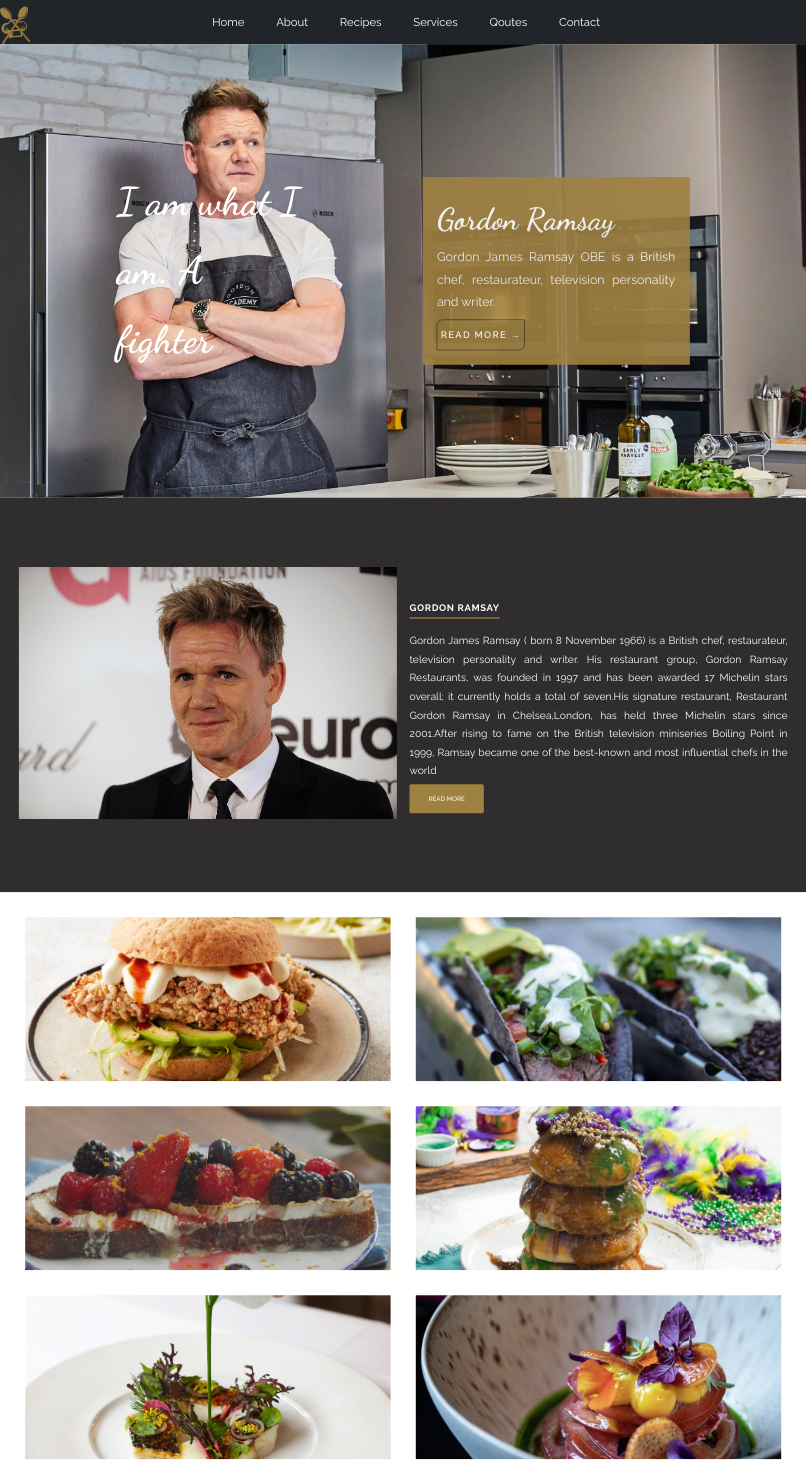
Repository: Esraa22M/Gordon-Ramsay-Biography
Page: index.html
These files come from the project's save history. The page is drawn as it stood at one moment and after the next save; the edit follows.
The browser window is 1280 px wide. The pictures show the whole page, at 63% of full size.
Backgrounds fixed to the window are drawn as part of the page. Some web libraries are served in a nearby version.

Above is the page before, as saved 2022-12-19 12:08:00.

### index.html
<!DOCTYPE html>
<html lang="en">

<head>
    <meta charset="UTF-8">
    <meta http-equiv="X-UA-Compatible" content="IE=edge">
    <meta name="viewport" content="width=device-width, initial-scale=1.0">
    <title>Gordon-Ramsay-Biography
    </title>
    <!-- google fonts -->
    <link rel="preconnect" href="https://fonts.googleapis.com">
    <link rel="preconnect" href="https://fonts.gstatic.com" crossorigin>
    <link
        href="https://fonts.googleapis.com/css2?family=Dancing+Script:wght@400;500;600;700&family=Raleway:ital,wght@0,100;0,200;0,300;0,400;0,500;0,600;0,700;0,800;0,900;1,100;1,200;1,300;1,400;1,500;1,600;1,700;1,800;1,900&display=swap"
        rel="stylesheet">
    <link href="https://fonts.googleapis.com/css2?family=Dancing+Script:wght@400;500;600;700&display=swap"
        rel="stylesheet">

    <!-- external style -->
    <link rel="stylesheet" href="style.css" />
    <!-- fontawsome -->
    <script src="https://kit.fontawesome.com/8684e53235.js" crossorigin="anonymous"></script>
    <!-- scripts -->
    <script src="main.js" defer></script>
</head>

<body>
    <!-- Asidebar Nav-->
    <!-- <aside id="aside-nav">
        <div class="aside--nav__content">
            <img src="./img/chef-logo.svg" alt="side Navbar logo" class="aside--nav__content__logo" loading="lazy">

            <nav class="aside-nav__content__nav" role="side nav">
                <ul class="aside--nav__content__nav--social">
                    <li><a href="#"><i class="fab fa-facebook-f"></i></a></li>
                    <li><a href="#"><i class="fab fa-twitter"></i></a></li>
                    <li><a href="#"><i class="fab fa-linkedin-in"></i></a></li>
                    <li><a href="#"><i class="fab fa-instagram"></i></a></li>
                    <li><a href="#"><i class="fab fa-dribbble"></i></a></li>
                    <li><a href="#"><i class="fa-brands fa-pinterest"></i></a></li>
                </ul>
            </nav>
        </div>
    </aside> -->
    <!-- Main Content -->
    <main>
        <header id="header">
            <div class="primary-nav-container">
                <img src="./img/chef-logo.svg" alt="side Navbar logo" class="aside--nav__content__logo" loading="lazy">

                <!-- hamburger icon -->
                <div class="header__primary-nav--hamburger">
                    <div class="line line-1"></div>
                    <div class="line line-2"></div>
                    <div class="line line-3"></div>
                </div>
                <!-- Primary Nav -->
                <nav id="header__primary-nav">

                    <ul class="header__primary-nav-links">
                        <li class="header__primary-nav-links--link-item"><a href="#"
                                class="header__primary-nav--nav-link">Home</a></li>
                        <li class="header__primary-nav-links--link-item"><a href="#"
                                class="header__primary-nav--nav-link">About</a></li>
                        <li class="header__primary-nav-links--link-item"><a href="#"
                                class="header__primary-nav--nav-link">Recipes</a></li>
                        <li class="header__primary-nav-links--link-item"><a href="#"
                                class="header__primary-nav--nav-link">Services</a></li>
                        <li class="header__primary-nav-links--link-item"><a href="#"
                                class="header__primary-nav--nav-link">Qoutes</a></li>
                        <li class="header__primary-nav-links--link-item"><a href="#"
                                class="header__primary-nav--nav-link">Contact</a></li>
                    </ul>
                </nav>
            </div>
        </header>
        <!-- hero section -->
        <section id="show-case">
            <h1 class="show-case__word">I am what I am. A fighter</h1>
            <div class="show-case__content">
                <h1 class="show-case__content-title"> Gordon Ramsay
                </h1>
                <p class="show-case__content--bio">Gordon James Ramsay OBE is a British chef,
                    restaurateur, television personality and
                    writer.
                </p>
                <a href="#" class="show-case__content--link">Read More &#8594
                </a>
            </div>
        </section>
        <!-- About me section -->
        <section id="about-chef">
            <div class="about-chef__img">
                <img src="./img/Dishes/aboutMe.jpg" alt="Gorden Ramzy" />
            </div>
            <div class="about-chef__content">
                <h2 class="about-chef__content--header"> Gordon Ramsay</h2>
                <p class="about-chef__content--description">Gordon James Ramsay ( born 8 November 1966) is a British
                    chef, restaurateur, television personality and writer. His restaurant group, Gordon Ramsay Restaurants, was founded in 1997 and has been awarded 17
                    Michelin stars overall; it currently holds a total of seven.His signature restaurant, Restaurant Gordon Ramsay in
                    Chelsea,London, has held three Michelin stars since 2001.After rising to fame on the British television
                    miniseries Boiling Point in 1999, Ramsay became one of the best-known and most influential chefs in the world</p>

                <a href="#" class="about-chef__content--link">Read More</a>
            </div>
        </section>
        <!-- work section -->
        <section id="work">
            <div class="work__card">
                <img src="./img/Dishes/California-fried-chicken-sandwich.png" alt="recipe" class="recipe__image"loading="lazy" />
                <section id="recipe">
                    <h2 class="recipe__name">CALIFORNIA ‘FRIED’ CHICKEN SANDWICH
                    </h2>
                    <p class="recipe__description">
                        Recipes extracted from Gordon Ramsay’s Ultimate Fit Food by Gordon Ramsay, published by Hodder &
                        Stoughton,
                    </p>
                </section>
            </div>
            <div class="work__card">
                <img src="./img/Dishes/CroppedFocusedImage.jpg" alt="recipe" class="recipe__image" loading="lazy" />
                <section id="recipe">
                    <h2 class="recipe__name">TEXAS HANGER STEAK TACOS WITH PICO DE GALLO FROM RAMSAY AROUND THE WORLD

                    </h2>
                    <p class="recipe__description">
                        Recipes extracted from Gordon Ramsay’s Ultimate Fit Food by Gordon Ramsay, published by Hodder &
                        Stoughton,
                    </p>
                </section>
            </div>
            <div class="work__card">
                <img src="./img/Dishes/FruitsCake.png" alt="recipe" class="recipe__image"loading="lazy" />
                <section id="recipe">
                    <h2 class="recipe__name">MELTED BRIE TOAST WITH MACERATED BERRIES


                    </h2>
                    <p class="recipe__description">
                        Recipes extracted from Gordon Ramsay’s Ultimate Fit Food by Gordon Ramsay, published by Hodder &
                        Stoughton,
                    </p>
                </section>
            </div>
            <div class="work__card">
                <img src="./img/Dishes/KingCake.jpg" alt="recipe" class="recipe__image"loading="lazy" />
                <section id="recipe">
                    <h2 class="recipe__name">MINI KING CAKE STACK WITH MAPLE PECAN GLAZE
                    </h2>
                    <p class="recipe__description">
                        Recipes extracted from Gordon Ramsay’s Ultimate Fit Food by Gordon Ramsay, published by Hodder &
                        Stoughton,
                    </p>
                </section>
            </div>
            <div class="work__card">
                <img src="./img/Dishes/Lean-MACHINE-chicken-skewers.jpg" alt="recipe" class="recipe__image"loading="lazy" />
                <section id="recipe">
                    <h2 class="recipe__name">PIMENTO DIP
                    </h2>
                    <p class="recipe__description">
                        Recipes extracted from Gordon Ramsay’s Ultimate Fit Food by Gordon Ramsay, published by Hodder &
                        Stoughton,
                    </p>
                </section>
            </div>
            <div class="work__card">
                <img src="./img/Dishes/Mushroomtoast.jpg" alt="recipe" class="recipe__image"loading="lazy" />
                <section id="recipe">
                    <h2 class="recipe__name">PUERTO RICAN STYLE STEAK SANDWICH FROM RAMSAY AROUND THE WORLD
                    </h2>
                    <p class="recipe__description">
                        Recipes extracted from Gordon Ramsay’s Ultimate Fit Food by Gordon Ramsay, published by Hodder &
                        Stoughton,
                    </p>
                </section>
            </div>
        </section>

    </main>
</body>

</html>

### style.css
*,
*::after,
*::before {
  box-sizing: border-box;
  margin: 0;
  padding: 0;
}
/* utility components */
:root {
  font-size: 62.5%;
  /* colors */
  --clr-neutral-200: rgb(47, 45, 45);
  --clr-neutral-100: #212529;
  --clr-light: #ffff;
  --clr-primary: rgb(159, 129, 66);
  --ff-primary: "Raleway", sans-serif;

  --ff-secondary: "Dancing Script", cursive;
}
body {
  font-family: var(--ff-primary);
  line-height: 1.8;
  display: flex;
  max-width: 100%;
}
ul {
  list-style: none;
}
p{
  white-space:normal;
}
:where(a:link),
:where(a:visited) {
  text-decoration: none;
  cursor: pointer;
  color: var(--clr-light);
}
/* -------------------Main Styling-------*/
/* ---side nav-- */
#aside-nav {
  position: sticky;
  /* top: 0; */
  /* left: 0; */
  z-index: 1100;
  background-color: lightgray;
  /* height: 100vh; */
}
.aside--nav__content {
  display: flex;
  justify-content: space-between;
  /* height: 100vh; */
  /* display: flex;
  flex-direction: column;
  justify-content: space-between;
  background-color: lightgray;
  align-items: center; */
}
.aside-nav__content__nav {
  display: flex;
  flex: 1;
}
.aside-nav__content__nav ul {
  /* height: 100%; */
  display: flex;
  width: 100%;
  justify-content: space-evenly;
  align-items: center;
}
.aside--nav__content__logo {
  margin-top: 1rem;
  height: calc(3vw + 3vh);
  object-fit: cover;
}
/* Main content */
main {
  flex: 1;
}
/* ---Primary Nav ---*/
header#header {
  background-color: var(--clr-neutral-100);
  width: 100%;
  position: sticky;
  top: 0;
  z-index: 1000;
  right: 0;
}
.primary-nav-container {
  display: flex;
  align-items: center;
  justify-content: space-between;
}
@media screen and (min-width: 900px) {
  .navbar__scroll--style {
    background-color: var(--clr-light);
  }
  .navbar__scroll--style-link {
  color: var(--clr-neutral-100);
}
}


:where(#header__primary-nav) {
  height: calc(3vw + 3vh);
  width: 100%;
}
.header__primary-nav-links {
  display: flex;
  height: 100%;
  justify-content: center;
  align-items: center;
}
.header__primary-nav-links .header__primary-nav-links--link-item {
  padding-right: 3vw;
}
.header__primary-nav--nav-link {
  font-size: 1.8rem;
  text-transform: capitalize;
  position: relative;
  padding: 0.2rem 0.6rem;
}
.header__primary-nav--nav-link:link::before,
.header__primary-nav--nav-link:visited::before,
.header__primary-nav--nav-link:link::after,
.header__primary-nav--nav-link:visited::after {
  content: "";
  position: absolute;
  left: 0;
  width: 100%;
  height: 0.25rem;
  background-color: var(--clr-primary);
  transform: scaleX(0);
  transition: transform 0.6s cubic-bezier(1, 0, 0, 1);
}
.header__primary-nav--nav-link:link::before,
.header__primary-nav--nav-link:visited::before {
  top: 0;
  transform-origin: right;
}
.header__primary-nav--nav-link:link::after,
.header__primary-nav--nav-link:visited::after {
  bottom: 0;
  transform-origin: left;
}
.header__primary-nav--nav-link:hover::before,
.header__primary-nav--nav-link:active::before,
.header__primary-nav--nav-link:hover::after,
.header__primary-nav--nav-link:active::after {
  transform: scaleX(1);
}
/*-------------showcase section---------------*/
section#show-case {
  background-image: url("./img/GRA_Gordon_010921.webp");
  background-size: cover;
  object-fit: cover;
  background-attachment: fixed;
  background-position: 20%;
  height: 100vh;
  color: var(--clr-light);
  display: flex;
  justify-content: space-evenly;
  padding: 5rem 0;
  align-items: center;
}
.show-case__content {
  background-color: var(--clr-primary);
  opacity: 0.9;
  padding: calc(1rem + 1vw);
  min-height: calc(4rem + 20vmax);
  width: calc(4rem + 30vmax);
  display: flex;
  flex-direction: column;
  justify-content: space-between;
  animation: hero 2s ease-in-out;
}
@keyframes hero {
  0% {
    transform: translateX(-60rem) rotate(369deg);
    opacity: 0;
  }
  100% {
    transform: translateX(0);
    opacity: 1;
  }
}
.show-case__word {
  width: 30rem;
  font-size: calc(1rem + 4vw);
}
.show-case__content-title {
  font-size: calc(1rem + 3vw);
}
.show-case__content-title,
.show-case__word {
  font-family: var(--ff-secondary);
}
.show-case__content--bio {
  font-size: calc(1rem + 0.75vw);
  text-align: justify;
}
.show-case__content--link:visited,
.show-case__content--link:link {
  padding: 1rem 0;
  transition: all 0.5s ease-in-out;
  width: 14rem;
  text-align: center;
  margin-top: 1rem;

  text-transform: uppercase;
  font-size: 1.5rem;
  position: relative;
  border: 1px solid var(--clr-neutral-200);
  border-bottom-right-radius: 1rem 1rem;
  border-top-left-radius: 1rem 1rem;
  font-weight: 600;
  letter-spacing: 0.2rem;
}
.show-case__content--link:visited::after,
.show-case__content--link:link::after {
  content: "";
  position: absolute;
  z-index: -2;
  inset: 0;
  background-color: var(--clr-neutral-200);
  transform: scaleX(0);
  transform-origin: right;
  transition: transform 0.4s;
}
.show-case__content--link:visited:hover,
.show-case__content--link:link:hover {
  border-radius: unset;
  border: unset;
}
.show-case__content--link:hover::after,
.show-case__content--link:active::after {
  transform: scaleX(1);
  transform-origin: left;
}

/* work section */
section#work {
  display: flex;
  align-items: center;
  flex-wrap: wrap;
  cursor: pointer;
  justify-content: center;
  padding: 2rem;
}
div.work__card {
  padding: 2rem;
  display: flex;
  flex-direction: column;
  justify-content: center;
  flex-grow: 1;
  flex-basis: 48rem;
  height: 30rem;
}
div.work__card img {
  width: 100%;
  height: 100%;
  object-fit: cover;
  transition: all 0.5s ease-in-out;
}
.hide-img {
  /* display: none; */
  opacity: 0;
  transform: scale(0);
  display: none;
}
/*recipe*/
:where(#recipe) {
  width: 100%;
  height: 100%;
  display: none;
  transform: scale(0);
  transition: all 0.5s ease-in-out;
  border: 1px solid var(--clr-primary);
}
.show-recipe {
  display: flex;
  flex-direction: column;
  justify-content: center;
  transform: scale(1);
}
#recipe > * {
  font-weight: 400;
  font-family: var(--ff-primary);
  letter-spacing: 0.2px;
  text-align: left;
  padding: 0.5em;
}
.recipe__name {
  border-bottom: 2px solid var(--clr-primary);

  font-size: 3rem;
  text-transform: uppercase;
  line-height: 4rem;
}
.recipe__description {
  font-size: 2em;
}
/* ---About Chef---- */
section#about-chef {
  display: flex;
  justify-content: space-around;
  align-items: center;
  flex-wrap: wrap;
  padding: 10rem 2rem;
  color: var(--clr-light);
  background-color: var(--clr-neutral-200);
}
.about-chef__img,
.about-chef__content {
  flex-basis: 60rem;
  flex-grow: 1;
  padding: 1rem;
}
.about-chef__img img {
  max-width: 100%;
  height: 100%;
  object-fit: cover;
}
.about-chef__content--header {
  text-transform: uppercase;
  position: relative;
  width: fit-content;
  letter-spacing: 0.1rem;
  margin: 2rem 0;
  padding: 0.25em 0;
  flex-grow: 0;
  font-size: var(2rem + 4vw);
}
.about-chef__content--header::after {
  content: "";
  position: absolute;
  width: 100%;
  bottom: 0;
  left: 0;
  height: 0.25rem;
  background-color: var(--clr-primary);
}
.about-chef__content--description {
  font-size: calc(1rem + 0.5vw);
  margin-bottom: 2rem;
  text-align: justify;
}
.about-chef__content--link:link,
.about-chef__content--link:visited {
  background-color: var(--clr-primary);
  line-height: 1.9;
  margin-top: 1em;
  padding: 1.75em 3em;
  font-size: 1rem;
  font-weight: 500;
  text-transform: uppercase;
  border-radius: 0.3em;
  transform: all 0.5s;

  transition-timing-function: linear;
}
.about-chef__content--link:link:hover,
.about-chef__content--link:visited:hover {
  background-color: var(--clr-neutral-200);
  border: 1px solid var(--clr-primary);
}

@media screen and (max-width: 950px) {
  /* aside */
  body {
    flex-direction: column-reverse;
  }
  /*showcase section**/
  section#show-case {
    background-image: url(./img/GRA_Gordon.png);
    justify-content: space-evenly;
    align-items: flex-end;
    flex-direction: column;
    background-position: 10%;
  }
  .show-case__content,
  .show-case__word {
    width: 50%;
    margin-right: 1rem;
  }
}
/* max width (610px) */
@media screen and (max-width: 610px) {
  .primary-nav-container {
    position: relative;
  }
  :where(#header__primary-nav) {
    width: 30rem;
    height: 100%;
    position: fixed;
    background-color: var(--clr-neutral-200);
    top: 0;
    right: 0;
    z-index: 100;
    opacity: 0;
    text-align: center;
  }
  .main__nav--position {
    opacity: 1;
  }

  .header__primary-nav-links {
    flex-direction: column;
    background-color: var(--clr-primary);
    color: var(--clr-light);
    align-items: flex-start;
  }
  .header__primary-nav--nav-link:link::before,
  .header__primary-nav--nav-link:visited::before{
    margin-top: -1rem;
  }
  .header__primary-nav--nav-link:link::after,
  .header__primary-nav--nav-link:visited::after{
    margin-bottom: -1rem;
  }
  .header__primary-nav--nav-link:link::before,
  .header__primary-nav--nav-link:visited::before,
  .header__primary-nav--nav-link:link::after,
  .header__primary-nav--nav-link:visited::after {
    background-color: var(--clr-neutral-200);
  }
  /* aside */
  .aside--nav__content__nav--social a i {
    font-size: calc(1rem + 2vw);
  }
  /* .header__primary-nav-links::after {
    content: "";
    position: absolute;
    height: 50%;
    width: 50%;
    opacity: 0.8;
    z-index: -1;
    border-radius: 10px 5% / 20px 25em 30px 35em;

    background-color: var(--clr-neutral-100);
    box-shadow: 0 0 0.3rem 0.1rem var(--clr-primary);
    left: 2rem;
  } */
  .primary-nav-container {
    padding: 1.5rem 1rem;
  }

  .header__primary-nav-links :where(.header__primary-nav-links--link-item) {
    margin-bottom: 4vh;
    margin-left: 6vw;
    opacity: 0;
  }

  .header__primary-nav--hamburger {
    width: 5rem;
    height: 5rem;
    position: fixed;
    z-index: 200;
    top: 2rem;
    right: 3rem;
    background-color: var(--clr-primary);
    cursor: pointer;
    border-radius: 50%;
    padding: 1rem;
    display: flex;
    flex-direction: column;
    justify-content: space-around;
  }
  .line {
    width: 100%;
    height: 0.3rem;
    background-color: var(--clr-light);
    border-radius: 0.2rem;
    transition: all 0.4s ease-in-out;
  }
  .primary-nav-container[aria-expanded="true"] .line-1 {
    transform: rotateZ(-405deg) translate(-1.25rem);
  }
  .primary-nav-container[aria-expanded="true"] .line-2 {
    opacity: 0;
  }
  .primary-nav-container[aria-expanded="true"] .line-3 {
    transform: rotateZ(45deg) translate(-1.5rem);
  }
  .fade {
    opacity: 1;
  }
  section#show-case {
    background-position: 10%;
    align-items: center;
  }
  .show-case__content,
  .show-case__word {
    width: 80%;
  }
}

### main.js
"use strict";
/*----------primary nav------------*/
const mainNavContainer = document.querySelector(".primary-nav-container");
const hamburgerContainer = document.querySelector("#header__primary-nav");
const hamburger = document.querySelector(".header__primary-nav--hamburger");
const links = document.querySelectorAll(".header__primary-nav-links li");
let handleMainNavbarExpantion = function () {
  hamburgerContainer.classList.contains("main__nav--position")
    ? mainNavContainer.setAttribute("aria-expanded", false)
    : mainNavContainer.setAttribute("aria-expanded", true);
  hamburgerContainer.classList.toggle("main__nav--position");
  links.forEach((link, i) => {
    link.style.transition = `all 0.5s ease-in-out ${i * 0.2 + 0.2}s`;
    link.classList.toggle("fade");
  });
};
hamburger.addEventListener("click", handleMainNavbarExpantion);
///////////////////////////////////////
// Button scrolling
const readMoreButton = document.querySelector(".show-case__content--link");
const aboutChefSection = document.querySelector("#about-chef");
readMoreButton.addEventListener("click", function (e) {
  e.preventDefault();
  aboutChefSection.scrollIntoView({
    behavior: "smooth",
  });
});
////////////////////////////////////////////
/////Sticky Navbar scrolling behaviour///
const showCase = document.querySelector("#show-case");
const headerPrimaryNav = document.querySelector("#header__primary-nav");
const headerPrimaryNavLink = document.querySelectorAll(
  ".header__primary-nav--nav-link"
);
const stuckyObserverCallBack = function (enteries, observer) {
  const [entry] = enteries;
  //.navbar__scroll--style
  if (!entry.isIntersecting) {
    headerPrimaryNav.classList.add("navbar__scroll--style");
    headerPrimaryNavLink.forEach((link) =>
      link.classList.add("navbar__scroll--style-link")
    );
  } else {
    headerPrimaryNav.classList.remove("navbar__scroll--style");
    headerPrimaryNavLink.forEach((link) =>
      link.classList.remove("navbar__scroll--style-link")
    );
  }
};
const observerOptions = {
  root: null,
  threshold: 0.1,

};
const observer = new IntersectionObserver(
  stuckyObserverCallBack,
  observerOptions
);
observer.observe(showCase);
/* handling tabs */
const tabs = document.querySelectorAll(".recipe__image");
/*tabs container */
const work = document.querySelector("#work");

work.addEventListener('click' , function(e){
  const clicked = e.target;
  if(clicked.classList.value==='recipe__image'){
    clicked.classList.add("hide-img");
    clicked.nextElementSibling.classList.add("show-recipe");
  }
})

Loaded but not shown: img/chef-logo.svg (8 lines, source omitted)

After the next save:
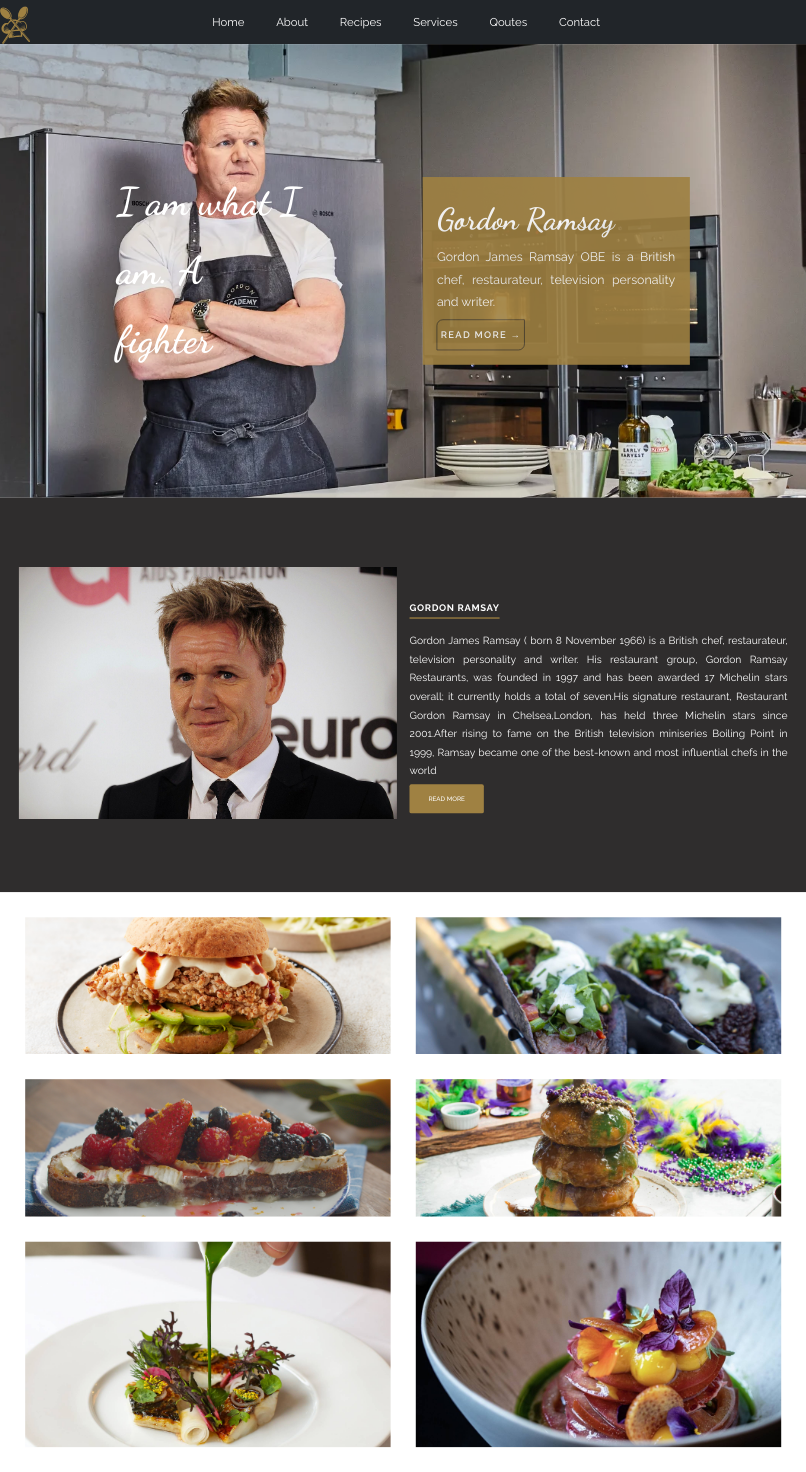
Saved 59 s later.
--- a/style.css
+++ b/style.css
@@ -252,7 +252,7 @@
   justify-content: center;
   flex-grow: 1;
   flex-basis: 48rem;
-  height: 30rem;
+  height: fit-content;
 }
 div.work__card img {
   width: 100%;
